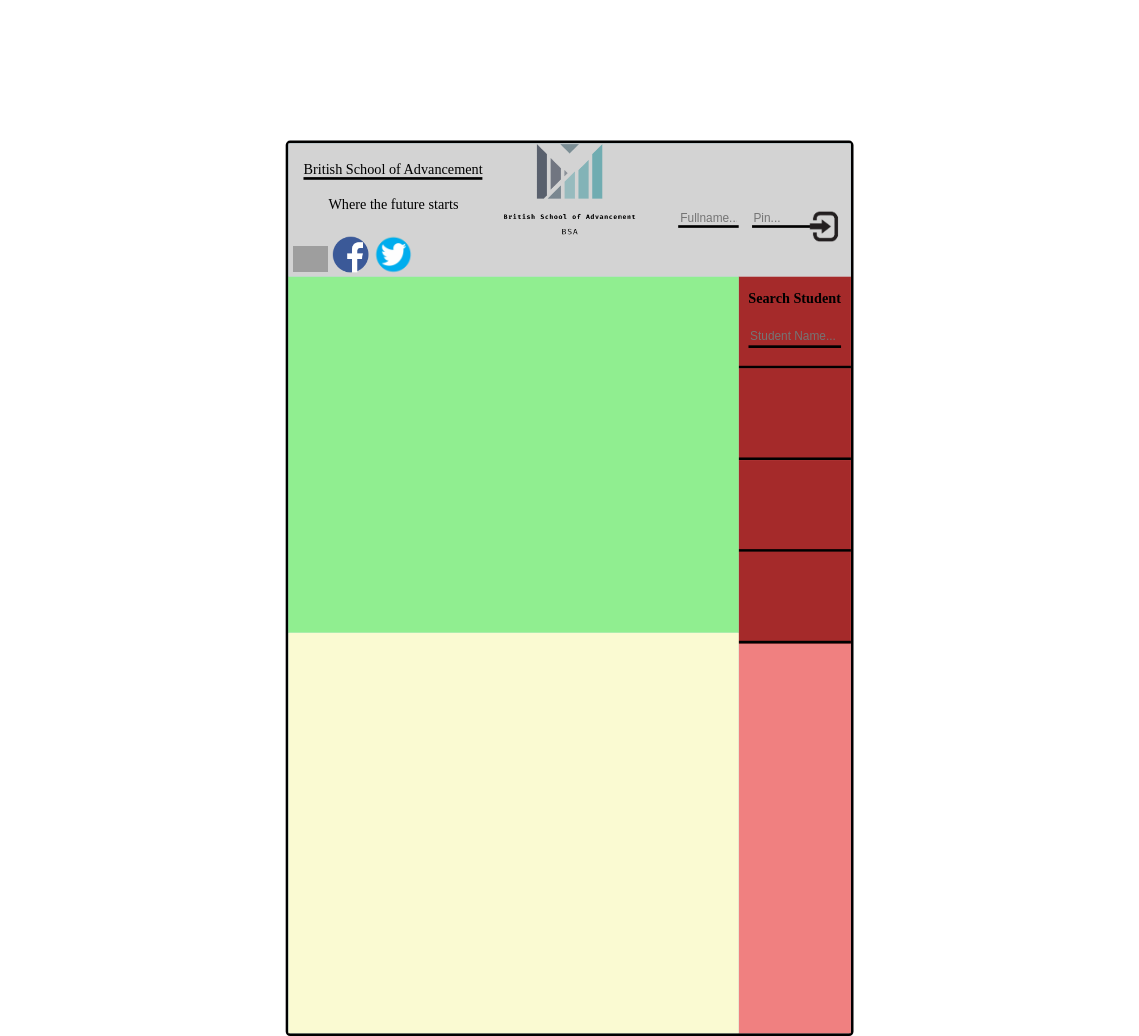
Repository: ghend99/School-app
Page: index.html
The author's editor kept a copy of each file at every save. The page is drawn from the files as they stood at one save, then again after the next save.
The browser window is 1280 px wide. The pictures show the whole page, at 89% of full size.
Pictures or frames that could not be fetched are drawn as grey boxes.

Above is the page before, as saved 2023-03-24 13:50:19.

After the next save:
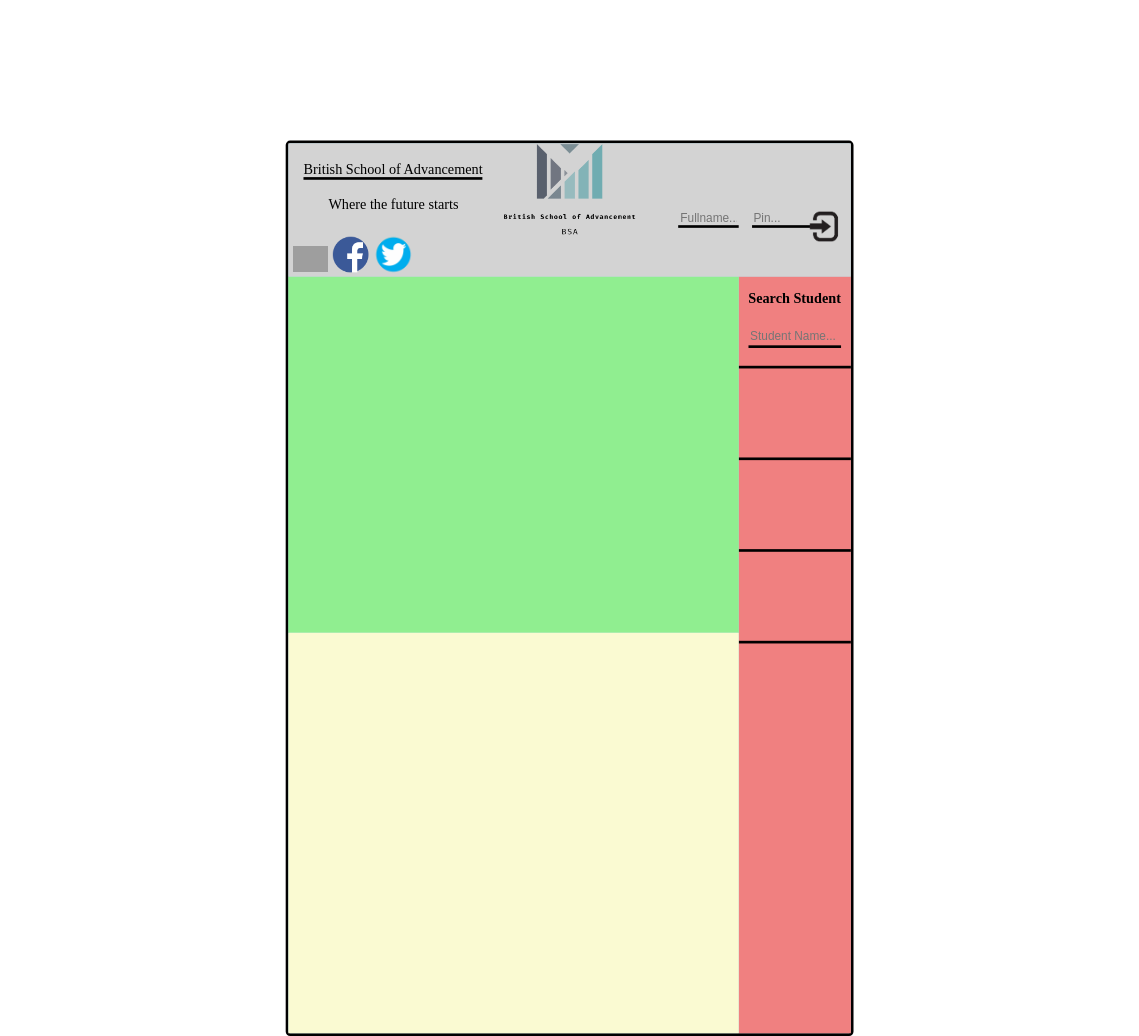
Saved 13 s later.
--- a/style.css
+++ b/style.css
@@ -110,7 +110,7 @@
   display: flex;
   width: 100%;
   height: 100px;
-  background-color: brown;
+  /* background-color: brown; */
   justify-content: center;
   border-bottom: solid;
 }
